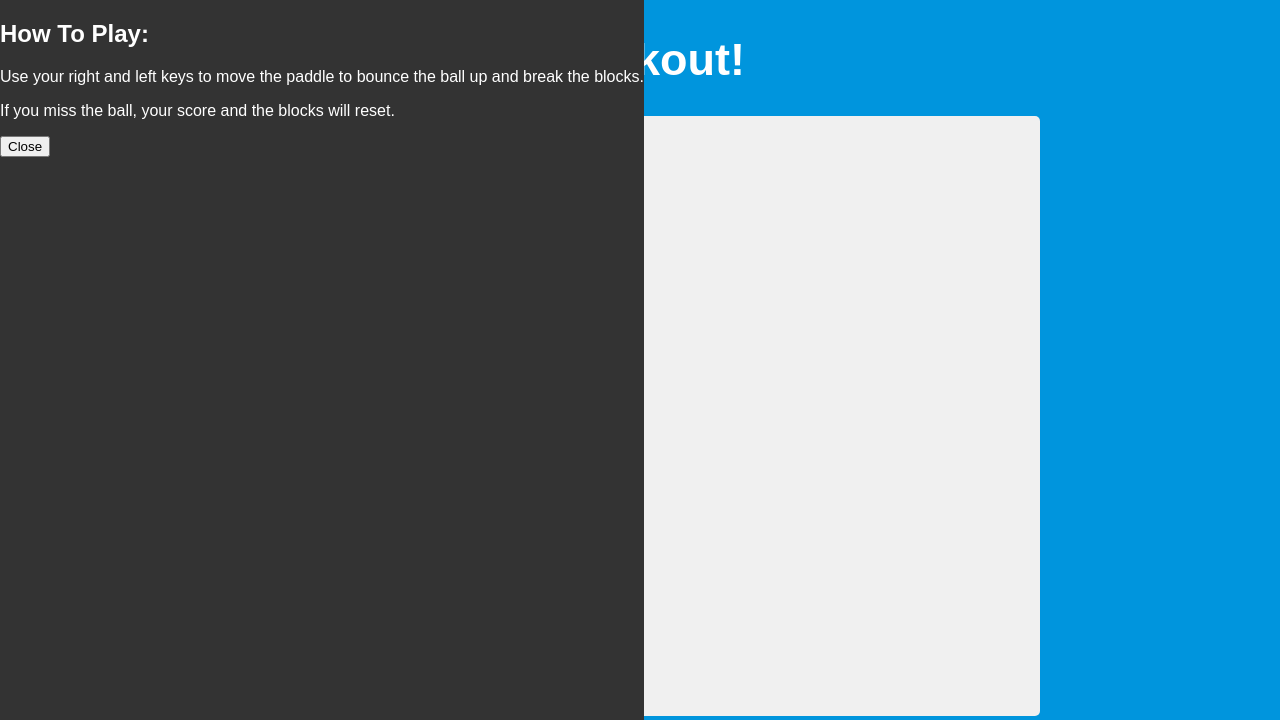
Repository: JackyZzZz/BREAKOUT-GAME
Page: index.html
These files come from the project's save history. The page is drawn as it stood at one moment and after a run of saves; the edit follows.
The browser window is 1280 px wide. The pictures show the whole page.

Above is the page before, as saved 2023-09-04 20:43:14.

### index.html
<!DOCTYPE html>
<html lang="en">
<head>
    <meta charset="UTF-8">
    <meta name="viewport" content="width=device-width, initial-scale=1.0">
    <meta http-equiv="" content="X-UA-Compatible" content="ie=edge">
    <link rel="stylesheet" href="style.css">
    <title>Breakout!</title>
</head>
<body>
    <h1>Breakout!</h1>
    <button id="rules-btn" class="btn rules-btn">Show Rules</button>
    <div id="rules" class="rules">
        <h2>How To Play:</h2>
        <p>
            Use your right and left keys to move the paddle to bounce the ball up and break the blocks.
        </p>
        <p>If you miss the ball, your score and the blocks will reset.</p>
        <button id="close-btn" class="close-btn">Close</button>
    </div>

    <canvas id="canvas" width="800" height="600"></canvas>

    <script src="script.js"></script>
</body>
</html>

### style.css
* {
    box-sizing: border-box;
}

body {
    background-color: #0095dd;
    display: flex;
    flex-direction: column;
    align-items: center;
    justify-content: center;
    font-family: Arial, Helvetica, sans-serif;
    min-height: 100vh;
    margin: 0;
}

h1 {
    font-size: 45px;
    color: #fff
}

canvas {
    background-color: #f0f0f0;
    display: block;
    border-radius: 5px;
}

.btn {
    cursor: pointer;
    border: 0;
    padding: 10px 20px;
    background-color: #000;
    color: #fff;
    border-radius: 5px;
}

.btn:focus {
    outline: 0;
}

.btn:hover {
    background: #222;
}

.btn:active {
    transform: scale(0.98);
}

.rules-btn {
    position: absolute;
    top: 30px;
    left: 30px;
}

.rules {
    position: absolute;
    top: 0;
    left: 0;
    background: #333;
    color: #fff;
    min-height: 100vh;

}

Loaded but not shown: script.js (no copy from this time; the picture is the same without it)

After the next 2 saves:
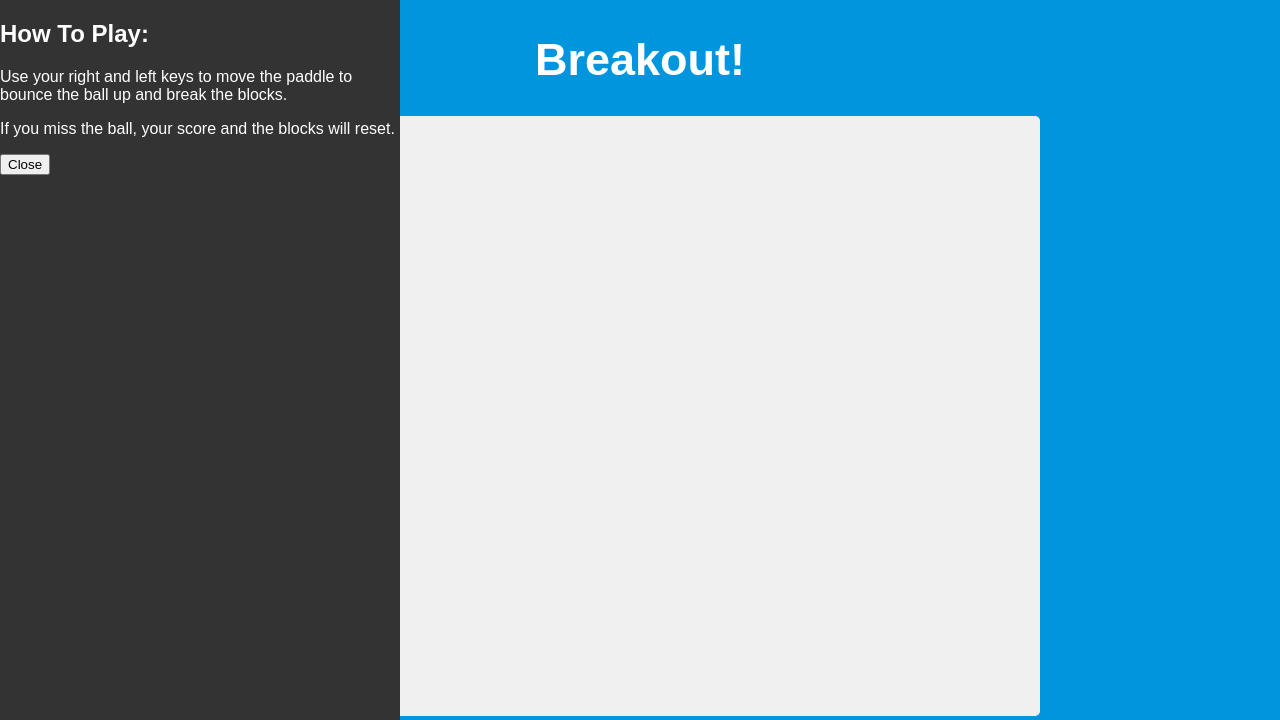
The 2 saves are shown as one change because they came seconds apart.
The last was saved 6 s later.
--- a/style.css
+++ b/style.css
@@ -58,5 +58,5 @@ canvas {
     background: #333;
     color: #fff;
     min-height: 100vh;
-
+    width: 400px;
 }
